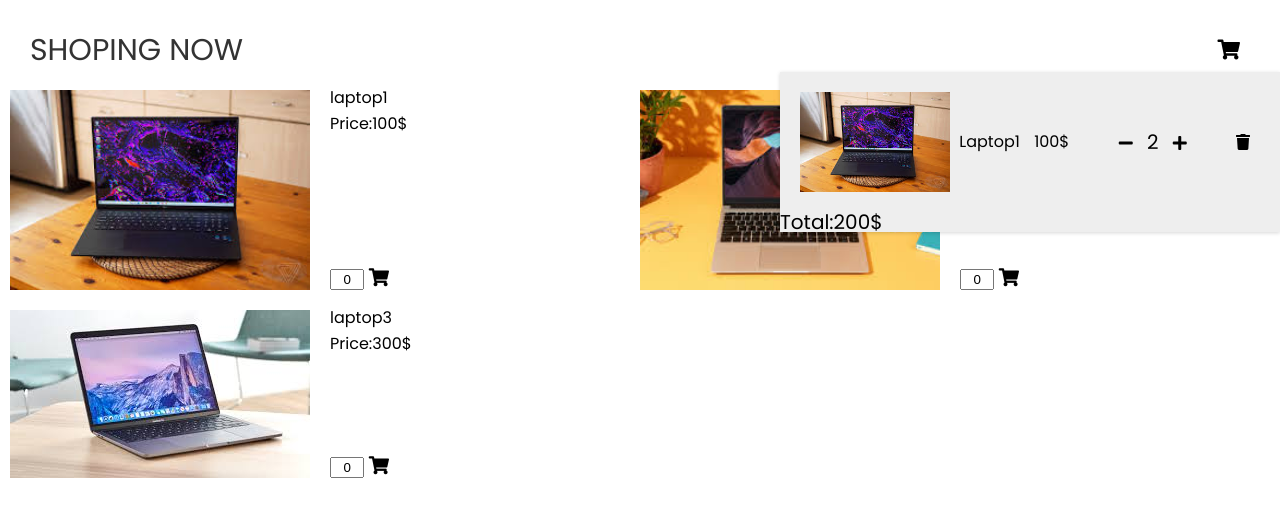
Repository: nttthao9/shopingcart
Page: index.html
These files come from the project's save history. The page is drawn as it stood at one moment and after the next save; the edit follows.
The browser window is 1280 px wide. The pictures show the whole page.
Some web libraries are served in a nearby version.

Above is the page before, as saved 2021-10-04 15:08:24.

After the next save:
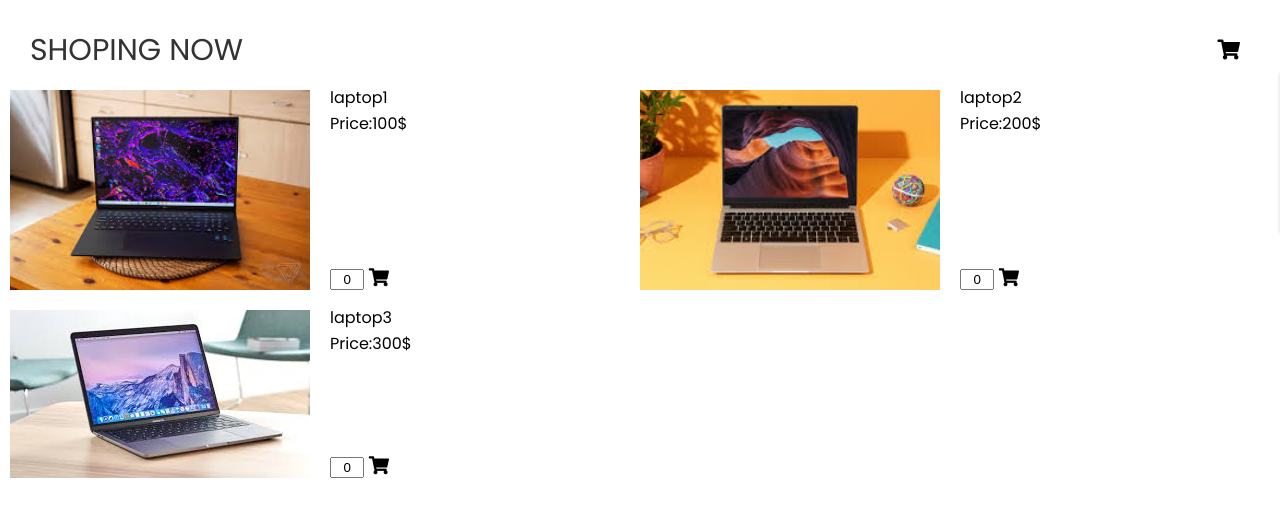
Saved 10 s later.
--- a/index.html
+++ b/index.html
@@ -37,7 +37,7 @@
         </div>
       </div> -->
     </div>
-    <div class="cart active">
+    <div class="cart">
       <div class="cart-item">
         <img src="./images/laptop1.jpg" alt="" class="cart-image">
         <div class="cart-desc">
